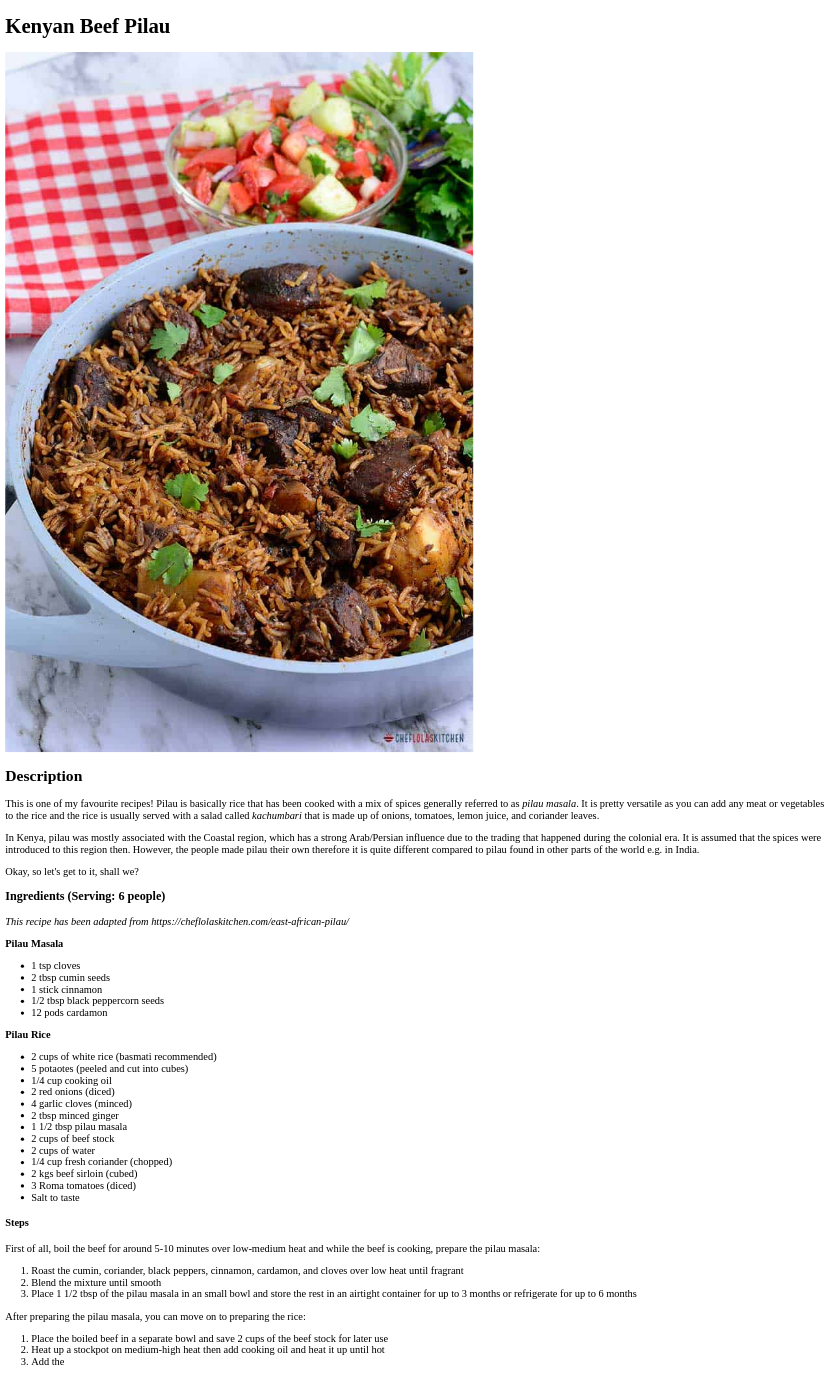
Repository: IanaAmke/odin-recipes
Page: recipes/pilau.html
An editor plug-in stored every save of this project. The page is shown before and after the next save, followed by the edit.
The browser window is 1280 px wide. The pictures show the whole page, at 65% of full size.

Above is the page before, as saved 2022-06-05 18:59:30.

After the next save:
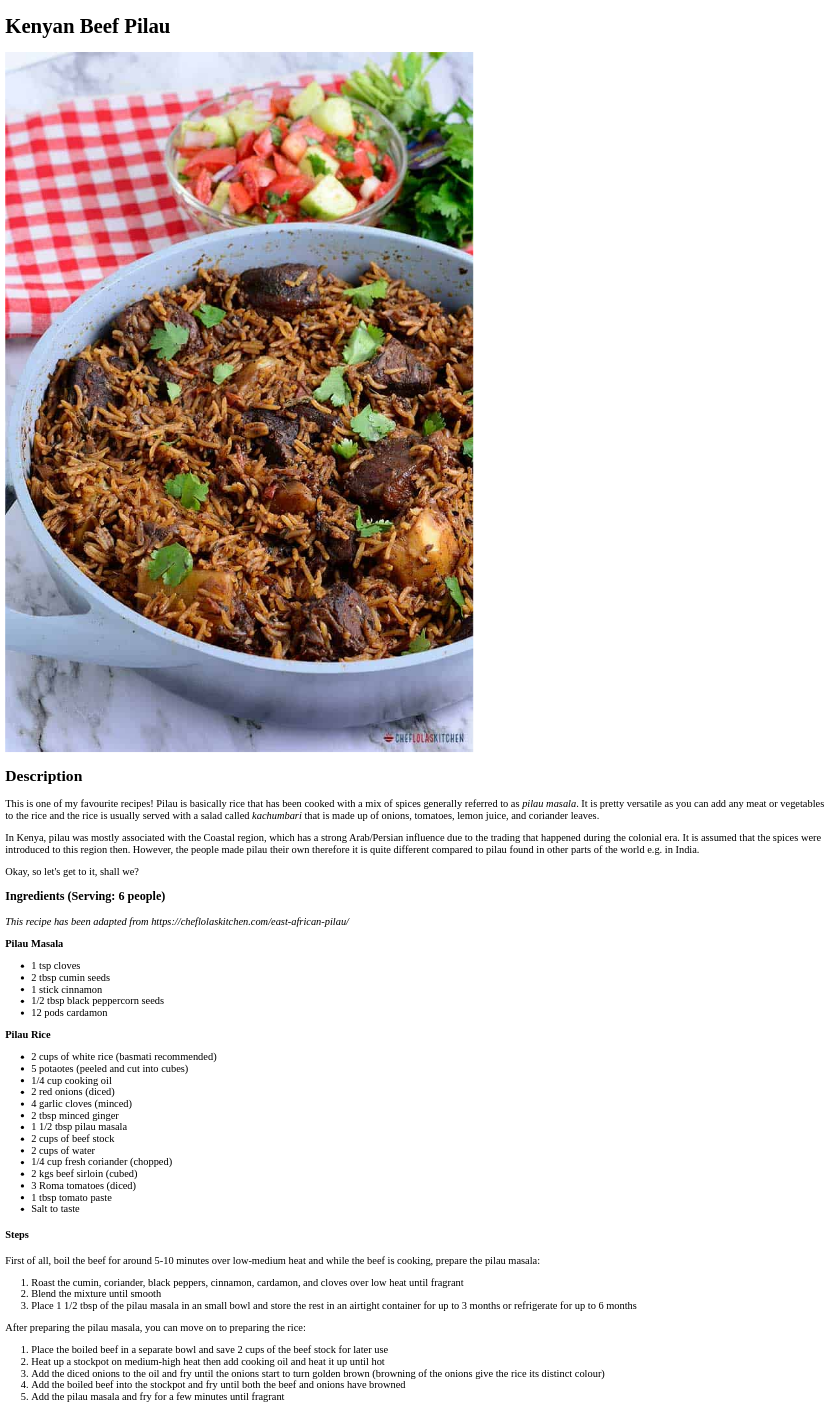
Saved 2 min 58 s later.
--- a/recipes/pilau.html
+++ b/recipes/pilau.html
@@ -47,6 +47,7 @@
         <li>1/4 cup fresh coriander (chopped)</li>
         <li>2 kgs beef sirloin (cubed)</li>
         <li>3 Roma tomatoes (diced)</li>
+        <li>1 tbsp tomato paste</li>
         <li>Salt to taste</li>
     </ul>
 
@@ -63,7 +64,9 @@
     <ol>
         <li>Place the boiled beef in a separate bowl and save 2 cups of the beef stock for later use</li>
         <li>Heat up a stockpot on medium-high heat then add cooking oil and heat it up until hot</li>
-        <li>Add the </li>
+        <li>Add the diced onions to the oil and fry until the onions start to turn golden brown (browning of the onions give the rice its distinct colour)</li>
+        <li>Add the boiled beef into the stockpot and fry until both the beef and onions have browned</li>
+        <li>Add the pilau masala and fry for a few minutes until fragrant </li>
     </ol>
 
 </body>
